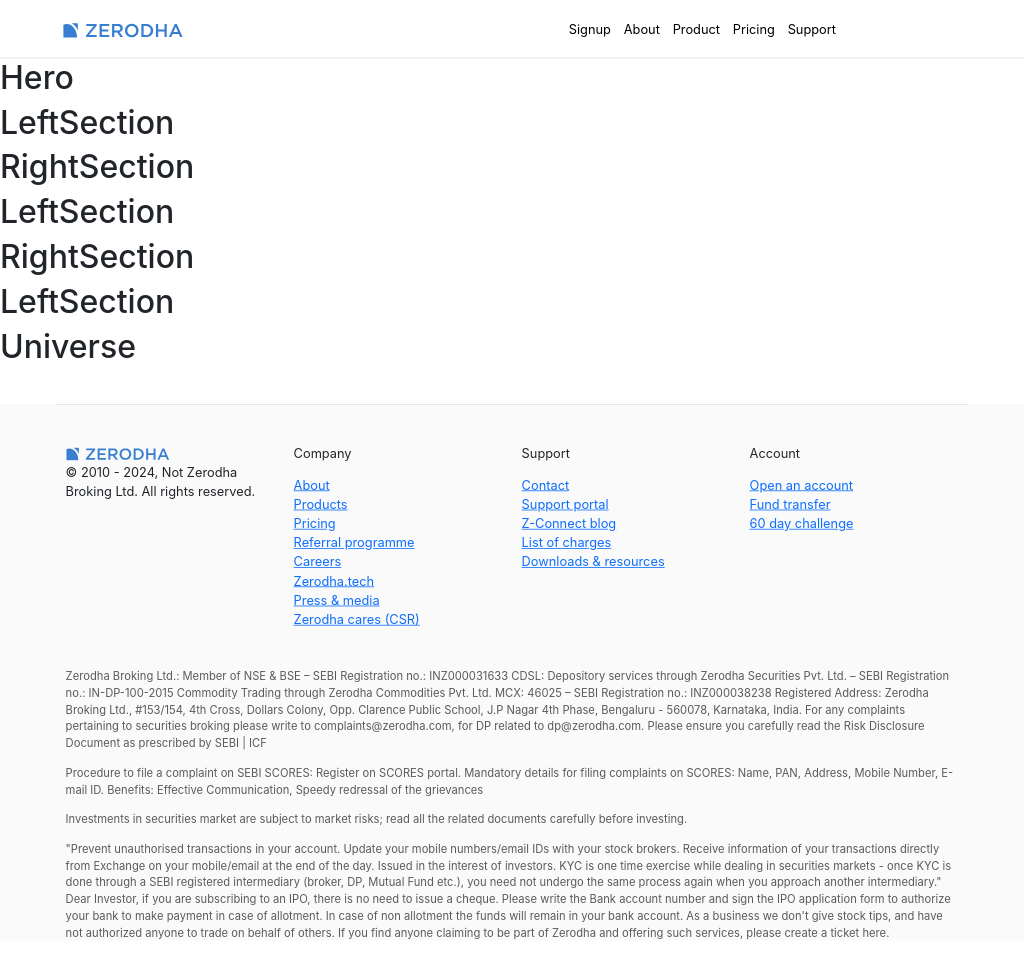
Repository: swarnabha-dutta/TradeVerse
Page: /product (app in frontend/)
These files come from the project's save history. The page is drawn as it stood at one moment and after the next save; the edit follows.
The browser window is 1280 px wide. The pictures show the whole page, at 80% of full size.
Some web libraries are served in a nearby version. The project was rebuilt for these pictures with package versions that can differ from the ones it lists, and the page was loaded fresh each time. Also part of the build but not shown: frontend/src/landing_page/home/Hero.jsx, frontend/src/landing_page/home/Awards.jsx, frontend/src/landing_page/home/Stats.jsx, frontend/src/landing_page/home/Pricing.jsx, frontend/src/landing_page/home/Education.jsx, frontend/src/landing_page/OpenAccount.jsx, frontend/src/landing_page/home/HomePage.jsx, frontend/src/landing_page/about/Team.jsx and 9 more. Imported but missing from the stored project, and not drawn on this page: frontend/src/landing_page/about/Hero.

Above is the page before, as saved 2025-11-12 10:42:28.

After the next save:
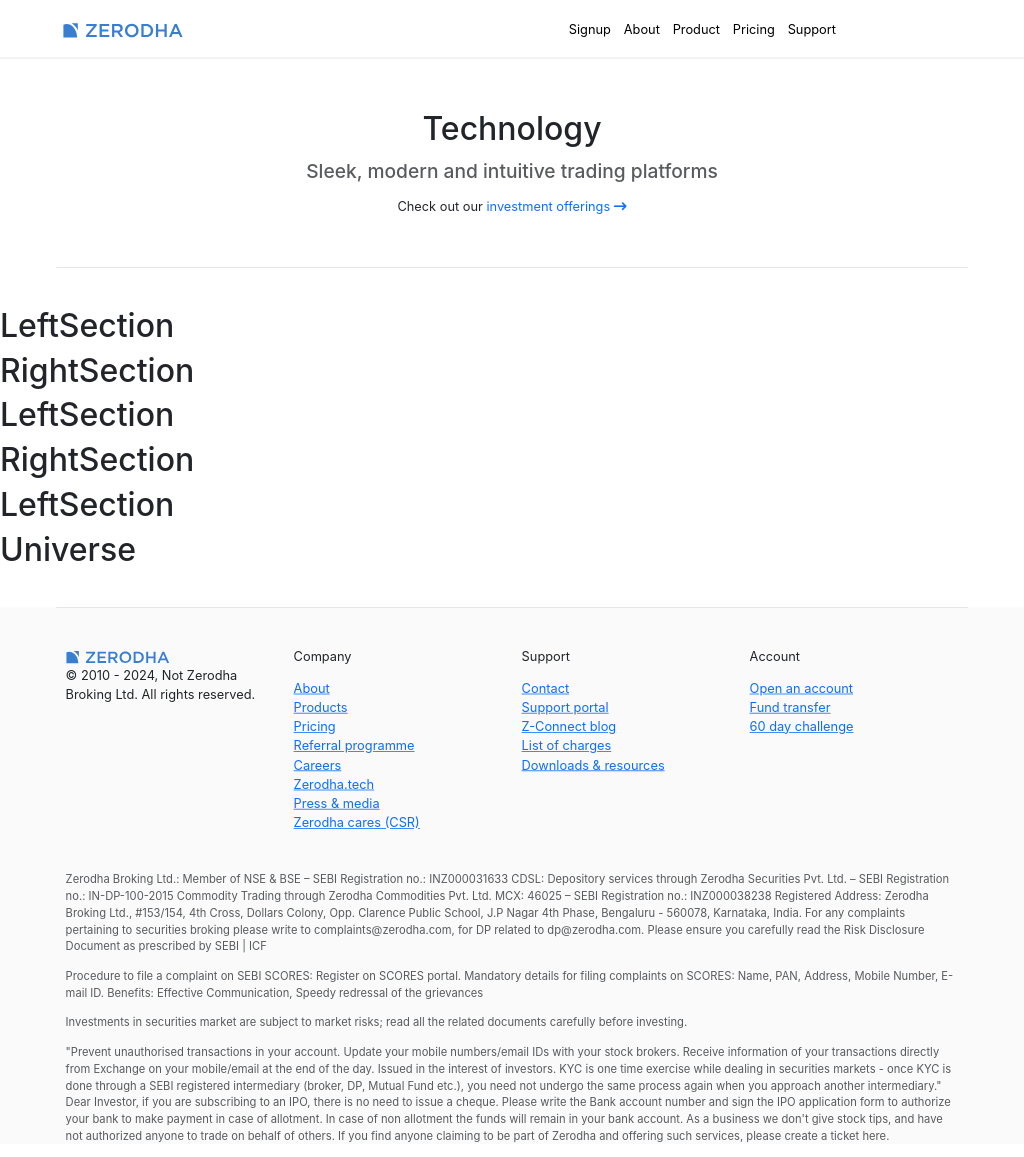
Saved 19 min 39 s later.
--- a/frontend/src/landing_page/products/Hero.jsx
+++ b/frontend/src/landing_page/products/Hero.jsx
@@ -1,9 +1,23 @@
-import React from 'react'
+import React from "react";
 
-const Hero = () => {
-    return (
-        <h1>Hero</h1>
-    )
+function Hero() {
+  return (
+    <div className="container border-bottom mb-5">
+      <div className="text-center mt-5 p-3">
+        <h1>Technology</h1>
+        <h3 className="text-muted mt-3 fs-4">
+          Sleek, modern and intuitive trading platforms
+        </h3>
+        <p className="mt-3 mb-5">
+          Check out our{" "}
+          <a href="" style={{ textDecoration: "none" }}>
+            investment offerings{" "}
+            <i class="fa fa-long-arrow-right" aria-hidden="true"></i>
+          </a>
+        </p>
+      </div>
+    </div>
+  );
 }
 
-export default Hero
+export default Hero;
